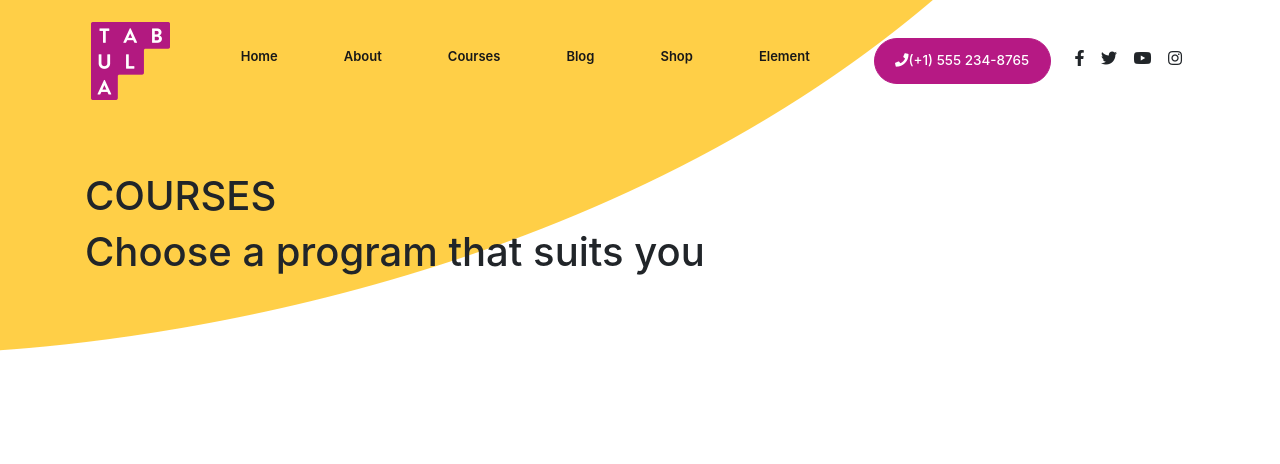
Repository: Khanh1234-glitch/TruongNguyenBaoKhanh_BC22_assignment__tabula
Page: Tabula/index.html
An editor plug-in stored every save of this project. The page is shown before and after a run of saves, followed by the edit.
The browser window is 1280 px wide. The pictures show the whole page.
The style sheet was rebuilt from its Sass, Less or Tailwind sources for each picture, by a compiler version that may differ from the author's.

Above is the page before, as saved 2022-04-16 09:24:39.

After the next 2 saves:
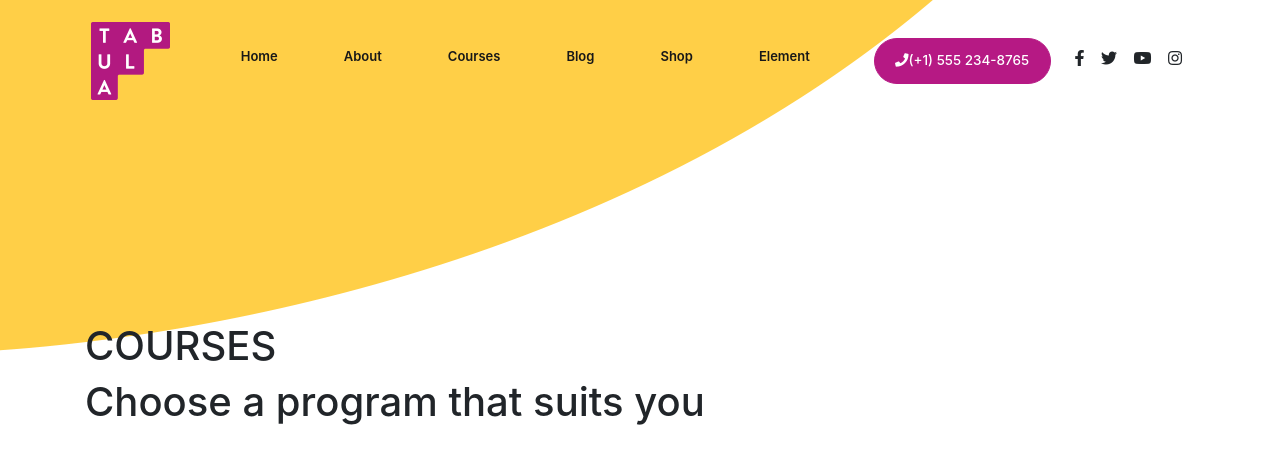
The 2 saves are shown as one change because they came seconds apart.
The last was saved 8 s later.
--- a/Tabula/Sass/Component/_herobook.scss
+++ b/Tabula/Sass/Component/_herobook.scss
@@ -1,3 +1,3 @@
 .hero-book {
-    margin-top: 50px;
+    margin-top: 200px;
 }
